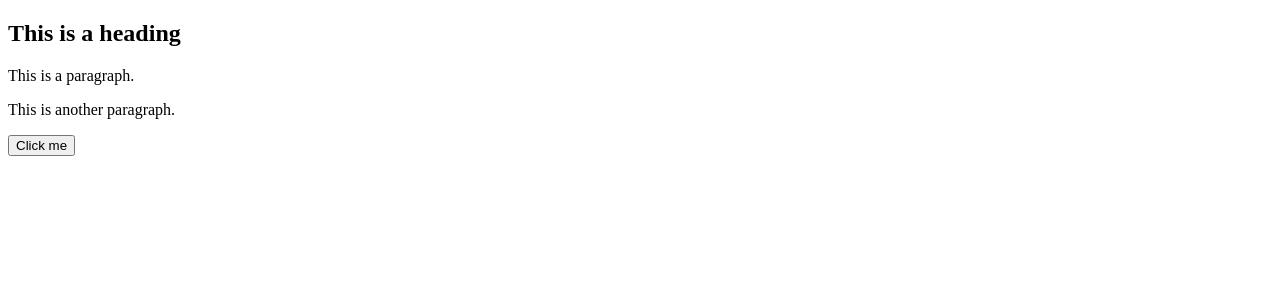
Repository: bugga/venturelab
Page: jQueryTest/index.htm
The author's editor kept a copy of each file at every save. The page is drawn from the files as they stood at one save, then again after the next save.
The browser window is 1280 px wide. The pictures show the whole page.
Some web libraries are served in a nearby version.

Above is the page before, as saved 2013-02-04 02:29:02.

### jQueryTest/index.htm
<!DOCTYPE html>
<html>
<head>
<script src="//ajax.googleapis.com/ajax/libs/jquery/1.8.3/jquery.min.js">
</script>
<script src="my_jquery_functions.js"></script>
<script>
$(document).ready(function(){

  $("p").click(hideParas());
  $("buton").click(hideButtons());

});
</script>
</head>

<body>
<h2>This is a heading</h2>
<p>This is a paragraph.</p>
<p>This is another paragraph.</p>
<button>Click me</button>

</body>
</html>

### jQueryTest/my_jquery_functions.js
/**
 * @author Shriyamvar Bugga
 */

function hideParas()
{
    $("this").hide();
}

function hideButtons()
{
	$("this").hide();
}

After the next save:
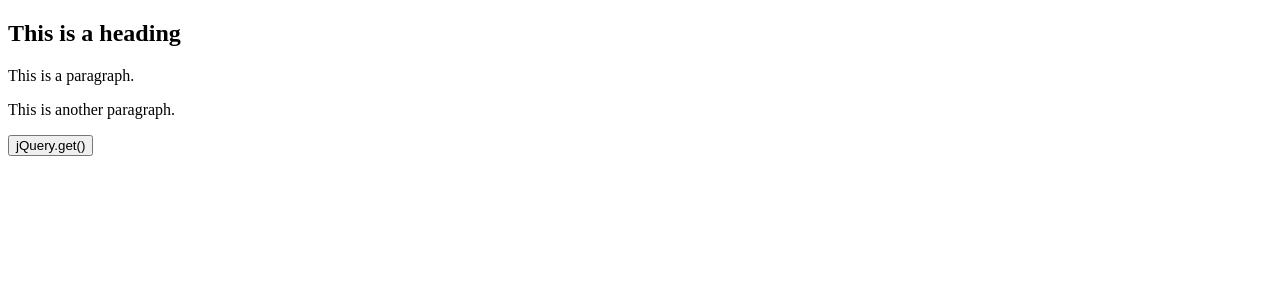
Saved 5 min 12 s later.
--- a/jQueryTest/index.htm
+++ b/jQueryTest/index.htm
@@ -18,7 +18,7 @@
 <h2>This is a heading</h2>
 <p>This is a paragraph.</p>
 <p>This is another paragraph.</p>
-<button>Click me</button>
+<button>jQuery.get()</button>
 
 </body>
 </html>
